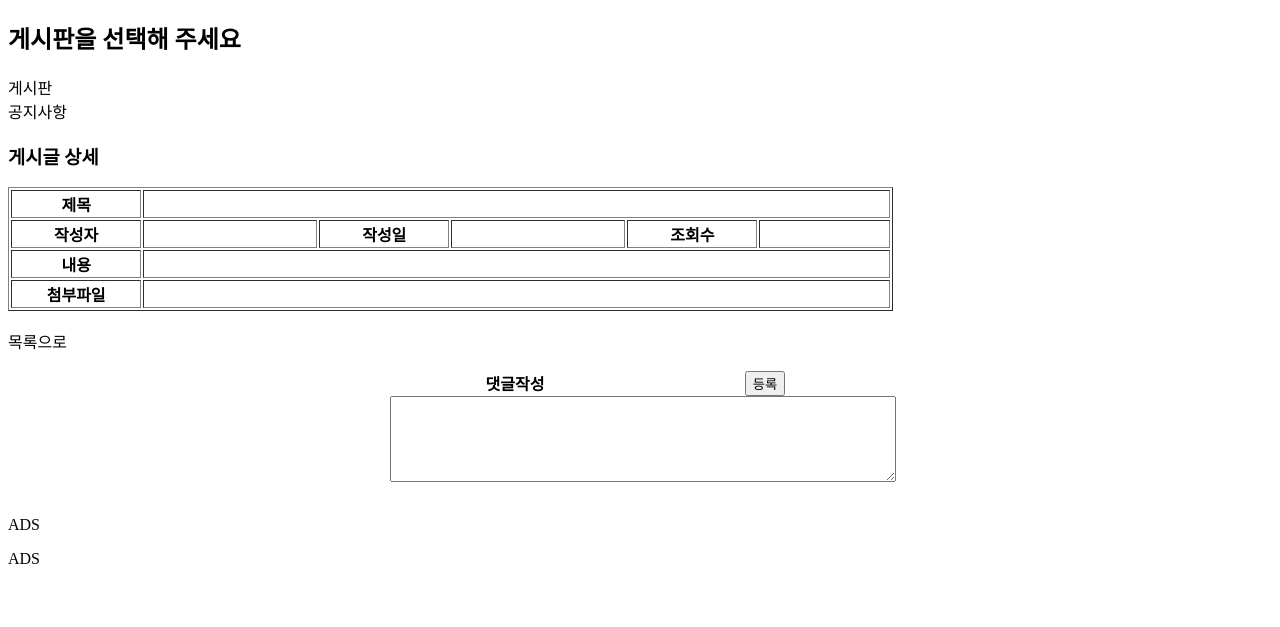
Repository: letzbegin/Study
Page: http://localhost/portfolio/WEB-INF/views/board/detail.jsp
The author's editor kept a copy of each file at every save. The page is drawn from the files as they stood at one save, then again after the next save.
The browser window is 1280 px wide. The pictures show the whole page.
The page is served by Tomcat 9. Nobody is signed in. The template is opened directly, without the code that normally fills it, so the values that code supplies are empty.

Above is the page before, as saved 2018-10-15 04:01:39.
Console error: SyntaxError: Unexpected token '}'

After the next save:
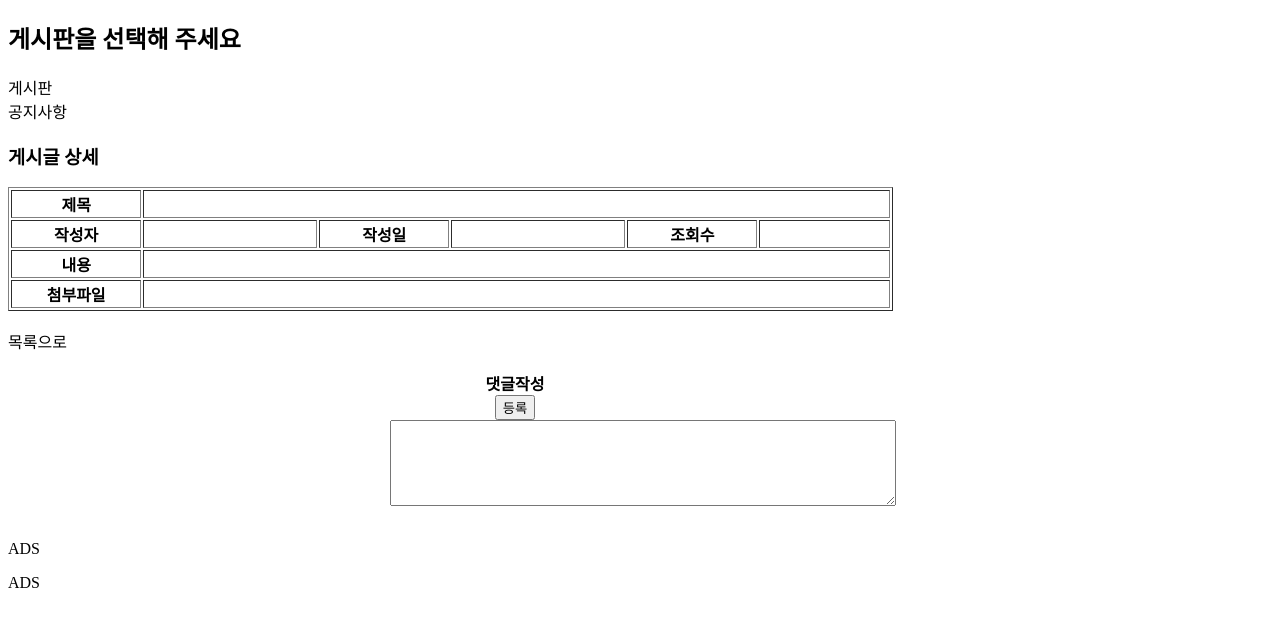
Saved 18 s later.
--- a/pol/portfolio/src/main/webapp/WEB-INF/views/board/detail.jsp
+++ b/pol/portfolio/src/main/webapp/WEB-INF/views/board/detail.jsp
@@ -94,13 +94,6 @@
 					</div>
 				</div>
 			</div>
-
-
-			<style>
-#comment_regist div {
-	float: left;
-}
-</style>
 </body>
 <script type="text/javascript">
 $(function(){

After the save that followed:
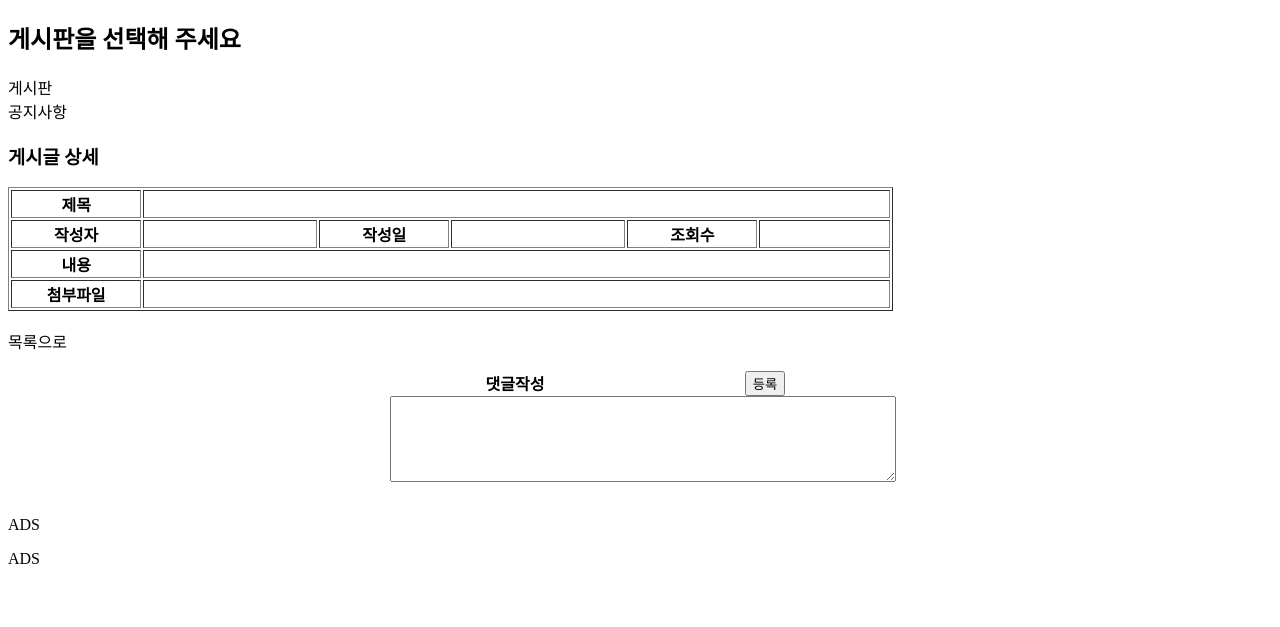
Saved 7 s later.
--- a/pol/portfolio/src/main/webapp/WEB-INF/views/board/detail.jsp
+++ b/pol/portfolio/src/main/webapp/WEB-INF/views/board/detail.jsp
@@ -5,6 +5,11 @@
 <!DOCTYPE html PUBLIC "-//W3C//DTD HTML 4.01 Transitional//EN" "http://www.w3.org/TR/html4/loose.dtd">
 <html>
 <head>
+<style>
+#comment_regist div {
+	float: left;
+}
+</style>
 <meta http-equiv="Content-Type" content="text/html; charset=UTF-8">
 <title>Insert title here</title>
 </head>
